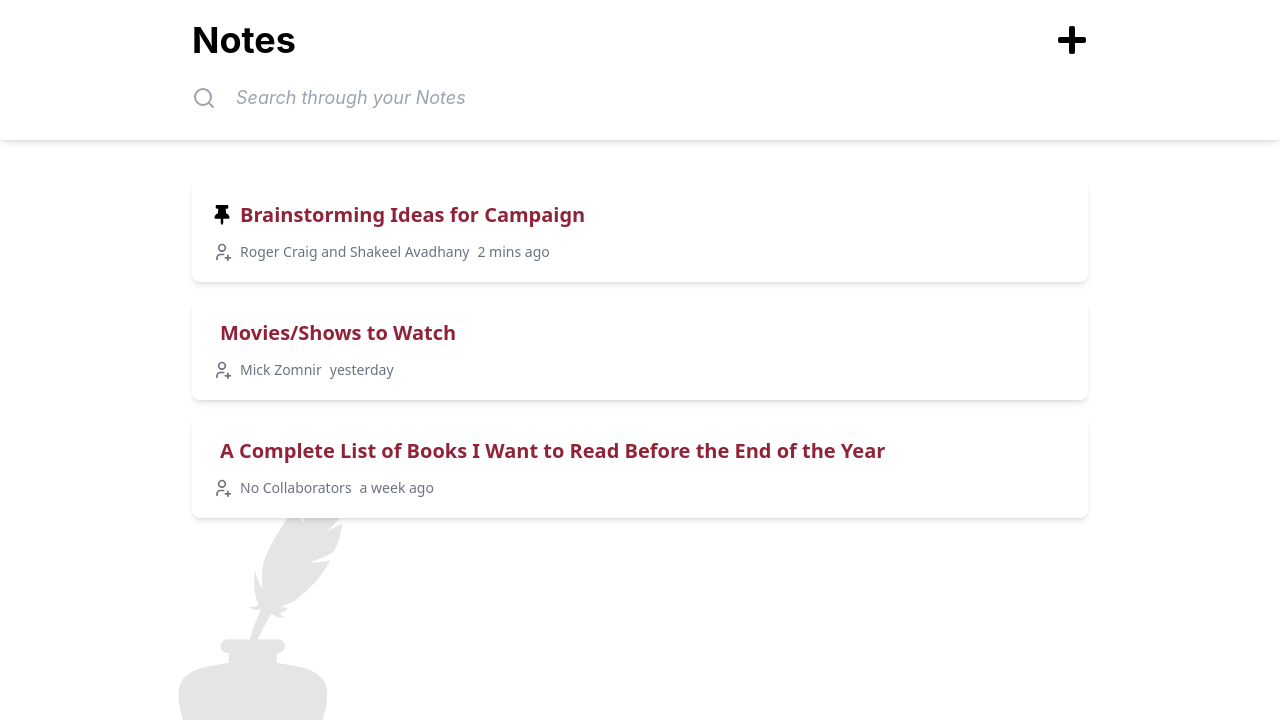
Repository: shabiasaeed/Notes-app
Page: /
The author's editor kept a copy of each file at every save. The page is drawn from the files as they stood at one save, then again after the next save.
The browser window is 1280 px wide. The pictures show the whole page.
The project was rebuilt for these pictures with package versions that can differ from the ones it lists, and the page was loaded fresh each time. Also part of the build but not shown: src/components/Header.css, src/components/Note.css, src/App.css.

Above is the page before, as saved 2025-01-01 19:33:54.

### src/App.js
import React, { useState } from 'react';
import Header from './components/Header';
import Note from './components/Note';
import './App.css';
import backgroundInk from './assets/ink-background-element.png';

//Component to handle the rendering of the header and note compnents
function App() {
  // Displaying few static notes
  const [notes, notesList] = useState([
    {
      title: "Brainstorming Ideas for Campaign",
      author: "Roger Craig and Shakeel Avadhany",
      time: "2 mins ago",
      pinned: true
    },
    {
      title: "Movies/Shows to Watch",
      author: "Mick Zomnir",
      time: "yesterday",
      pinned: false
    },
    {
      title: "A Complete List of Books I Want to Read Before the End of the Year",
      author: "No Collaborators",
      time: "a week ago",
      pinned: false
    }
  ]);

  function handleDelete(title){
    notesList(notes.filter( note => note.title !== title))
  }

  function handlePinToggle(title){
    notesList(prevNotes => prevNotes.map(note => note.title === title ? { ...note, pinned: !note.pinned } : note));
  };

  // Search state
  const [searchNotes, setSearchNotes] = useState('');

  // Filter notes based on search
  const filteredNotes = notes.filter(note => note.title.toLowerCase().includes(searchNotes.toLowerCase()));

  // Pinned notes to appear at the top
  const sortedNotes = filteredNotes.sort((a, b) => b.pinned - a.pinned);

  return (
    <div>
      <Header setSearchNotes={setSearchNotes}/>
      <main className="p-2 relative flex flex-col items-center font-sans">
        <img src={backgroundInk} alt="Ink Element" className="fixed top-2/3 right-2/3 transform -translate-x-1/2 z-[-1] w-26"/>
        <div className="w-full max-w-4xl mt-8 grid grid-cols-1 gap-4">
          {sortedNotes.map((note, index) => (
            <Note key={index} title={note.title} author={note.author} time={note.time} pinned={note.pinned} onDelete={handleDelete} onPinToggle={handlePinToggle}/>
          ))}
        </div>
      </main>
    </div>
  );
}

export default App;

### src/components/Header.js
import React from 'react';
import './Header.css';
import addButton from '../assets/add-button.png';
import { FiSearch } from 'react-icons/fi';
import { FaPlus } from 'react-icons/fa';


// Component to handle the display of the application's header section
const Header = ({ setSearchNotes }) => {
  return (
    <header className="p-5 bg-white flex flex-col items-center shadow-md">
      <div className="flex items-center justify-between w-full max-w-4xl">
        <h1 className="text-4xl font-bold text-black">Notes</h1>
        <FaPlus className="w-8 h-8 cursor-pointer"/>
      </div>
      <div className="flex items-center w-full max-w-4xl mt-4">
        <FiSearch className="w-6 h-6 text-gray-400 mr-3" />
        <input type="text" placeholder="Search through your Notes" className="flex-grow border-none outline-none p-2 text-lg italic placeholder-gray-400" onChange={(e) => setSearchNotes(e.target.value)}/>
      </div>
    </header>
  );
};

export default Header;

### src/components/Note.js
import React, { useState } from 'react';
import './Note.css';
import userIcon from '../assets/user-icon.png';
import { FiTrash } from 'react-icons/fi';
import { FaThumbtack } from 'react-icons/fa';
import { TbPinned } from 'react-icons/tb';
import { TbUserPlus } from 'react-icons/tb';

//Component to handle the display of the note's section
const Note = ({ title, author, time, pinned, onDelete, onPinToggle }) => {
  const [isHovered, setIsHovered] = useState(false); //State for checking whether the note is hovered


  return (
    <div className="p-5 rounded-lg bg-white shadow-md hover:shadow-lg flex flex-col gap-2 cursor-pointer w-full" onMouseEnter={() => setIsHovered(true)} onMouseLeave={() => setIsHovered(false)}>
      <div className="flex items-center justify-between">
        <div className="flex items-center">
          {pinned ? <FaThumbtack className="w-5 h-5 cursor-pointer" onClick={() => onPinToggle(title)} /> : isHovered && <TbPinned className="w-5 h-5 cursor-pointer" onClick={() => onPinToggle(title)} />}
          <h2 className="ml-2 font-bold text-[20px] text-[#912338]">{title}</h2>
        </div>
        {isHovered && <FiTrash className="w-5 h-5 cursor-pointer" onClick={() => onDelete(title)} />}
      </div>
      <div className="flex items-center gap-2 text-sm text-gray-500 pt-1">
        <TbUserPlus className="w-5 h-5 cursor-pointer" />
        <p>{author}</p>
        <span>{time}</span>
      </div>
    </div>
  );
};

export default Note;

Loaded but not shown: public/index.html (common file); src/index.js (common file); src/index.css (common file); src/reportWebVitals.js (common file); tailwind.config.js (common file)

After the next save:
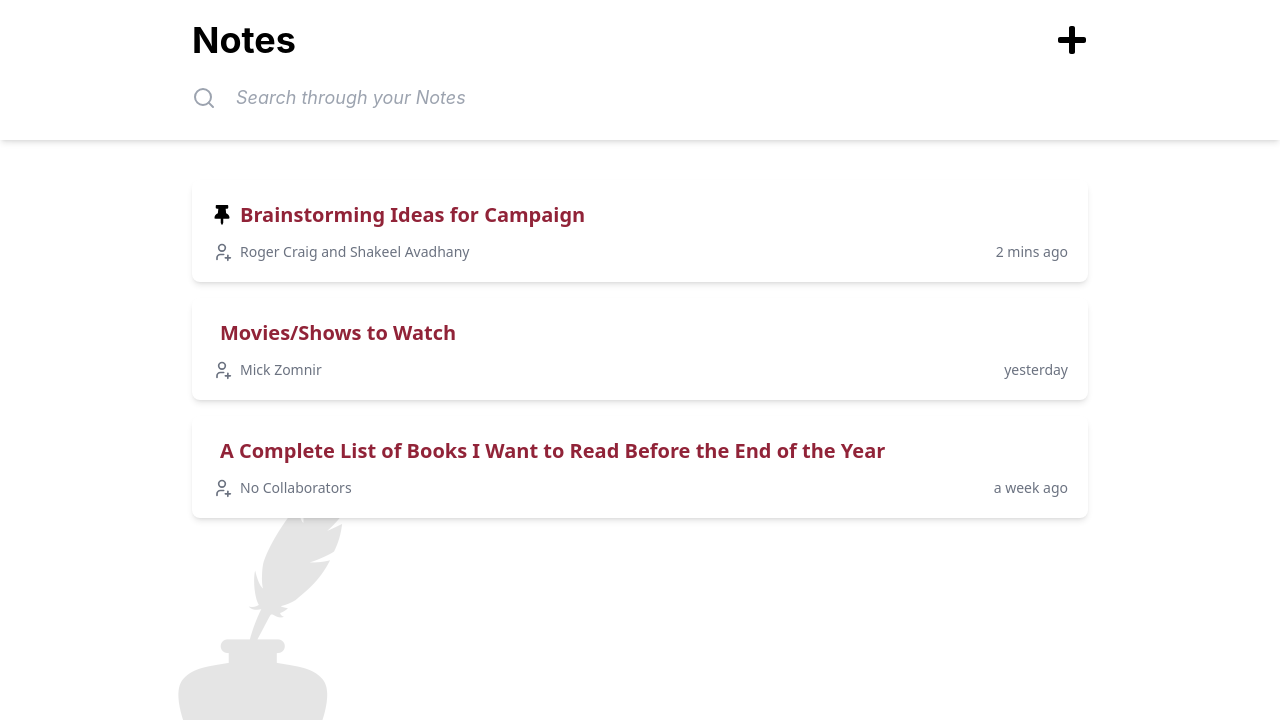
Saved 56 s later.
--- a/src/components/Note.js
+++ b/src/components/Note.js
@@ -23,7 +23,7 @@ const Note = ({ title, author, time, pinned, onDelete, onPinToggle }) => {
       <div className="flex items-center gap-2 text-sm text-gray-500 pt-1">
         <TbUserPlus className="w-5 h-5 cursor-pointer" />
         <p>{author}</p>
-        <span>{time}</span>
+        <span className="ml-auto">{time}</span>
       </div>
     </div>
   );
